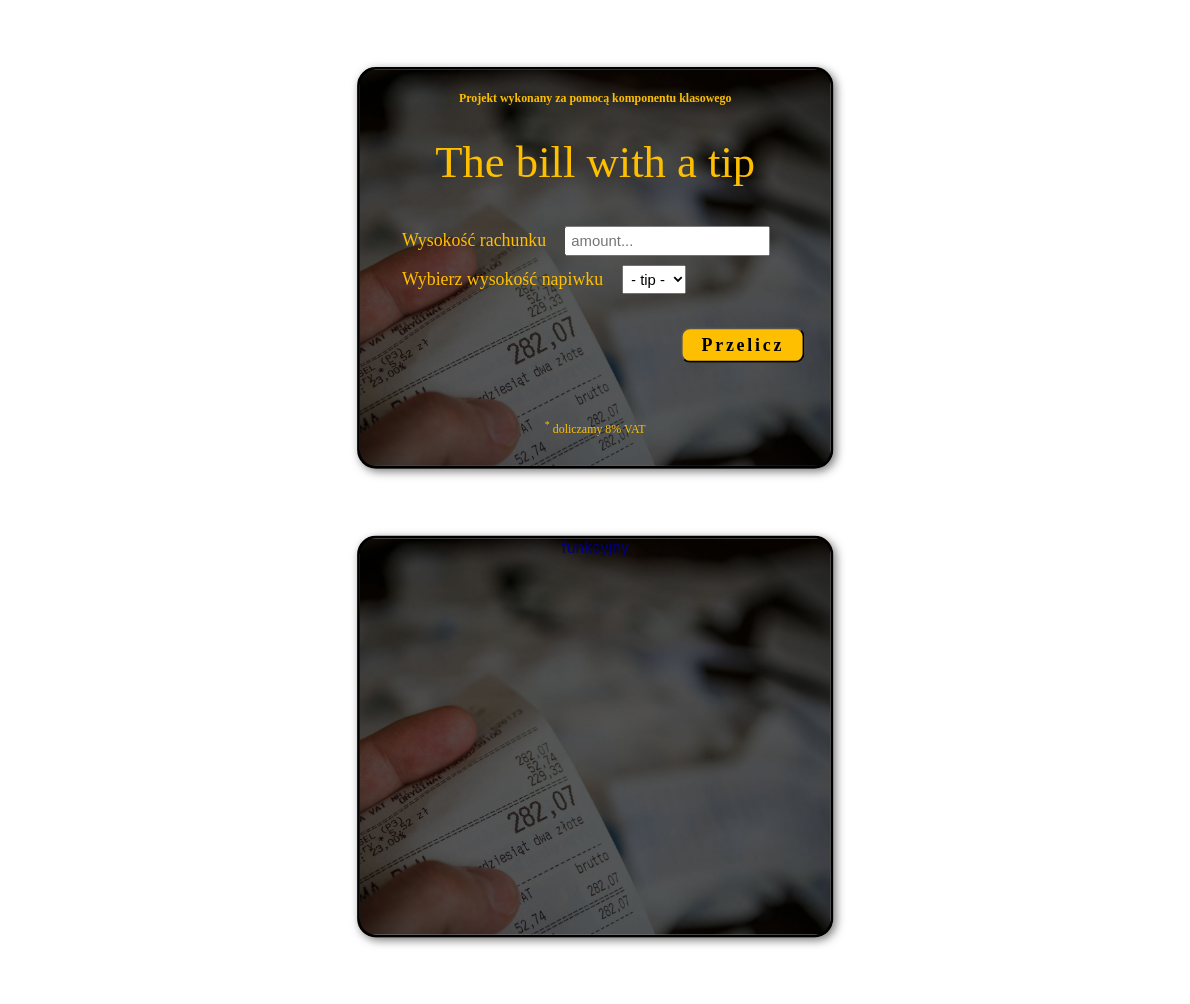
Repository: KrzysKolo/sr_tydzien4_zad1
Page: /
The author's editor kept a copy of each file at every save. The page is drawn from the files as they stood at one save, then again after the next save.
The browser window is 1280 px wide. The pictures show the whole page, at 93% of full size.
Some web fonts or font styles are not loaded; a fallback is used. The project was rebuilt for these pictures with package versions that can differ from the ones it lists, and the page was loaded fresh each time. Also part of the build but not shown: src/components/ParagrapfCard.js.

Above is the page before, as saved 2020-11-07 22:24:57.

After the next save:
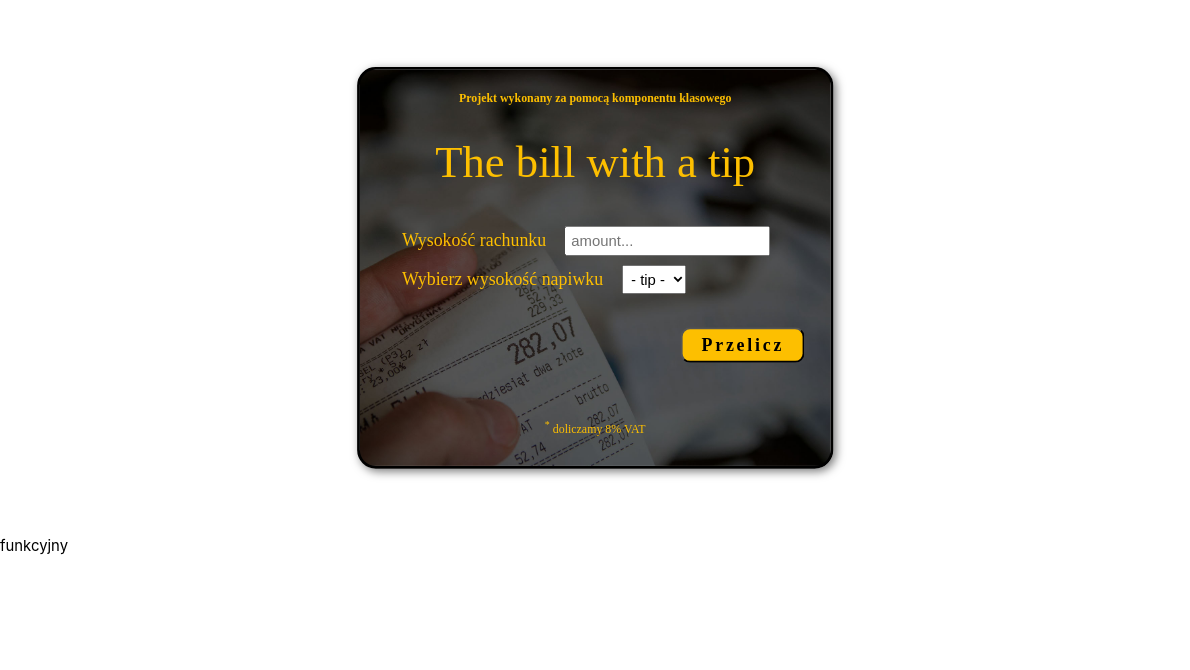
Saved 23 s later.
--- a/src/componentFunkcyjny/BillCardFunkcyjny.js
+++ b/src/componentFunkcyjny/BillCardFunkcyjny.js
@@ -2,7 +2,7 @@ import React from 'react';
 import './BillCardFunkcyjny.css';
 const BillCardFunkcyjny = () => {
     return (
-        <div className="billCard__wrapper">
+        <div className="billCard__wrapper--funkcyjny">
             funkcyjny
         </div>
      );
